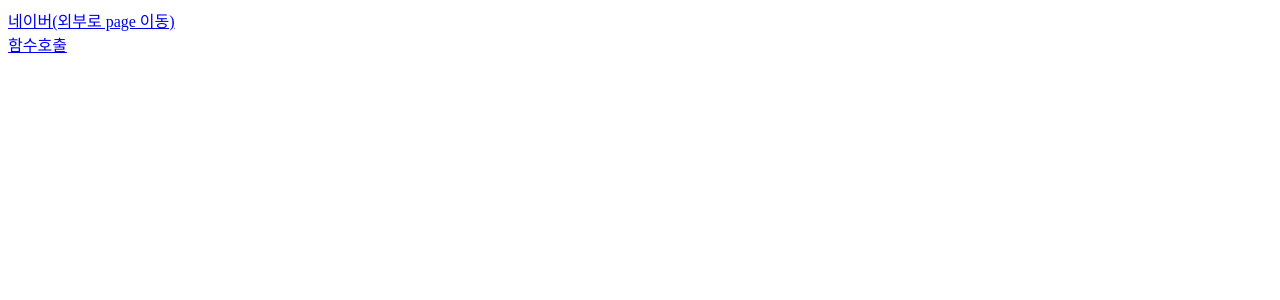
Repository: paul2oh/hellowjava
Page: workspace/javastart_svn/src/javastart/WebContent/clientPrg/a01_html/a03_link.html
An editor plug-in stored every save of this project. The page is shown before and after the next save, followed by the edit.
The browser window is 1280 px wide. The pictures show the whole page.

Above is the page before, as saved 2017-01-03 08:19:41.

After the next save:
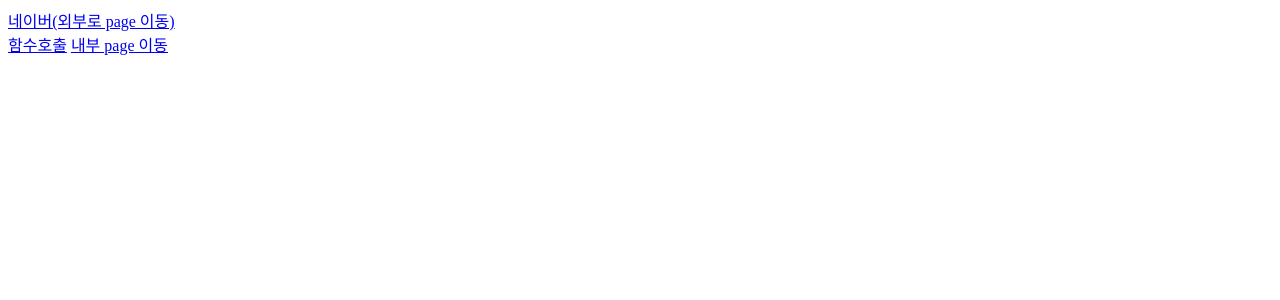
Saved 107 s later.
--- a/workspace/javastart_svn/src/javastart/WebContent/clientPrg/a01_html/a03_link.html
+++ b/workspace/javastart_svn/src/javastart/WebContent/clientPrg/a01_html/a03_link.html
@@ -19,6 +19,7 @@ function call(){
 
 <a href="http://www.naver.com">네이버(외부로 page 이동)</a><br />
 <a href="call();">함수호출</a>
+<a href="a04_go_page.html">내부 page 이동</a><br />
 
 </body>
 </html>
